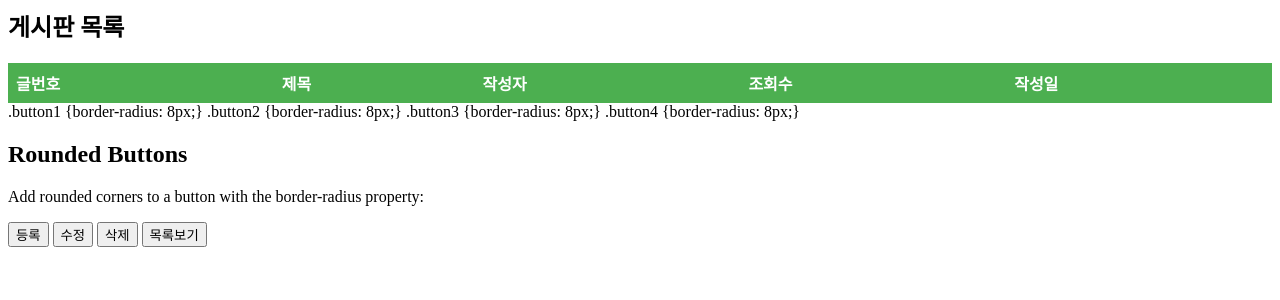
Repository: ekgus419/hckj
Page: http://localhost/Railro/WEB-INF/views/index.jsp
These files come from the project's save history. The page is drawn as it stood at one moment and after the next save; the edit follows.
The browser window is 1280 px wide. The pictures show the whole page.
The page is served by Tomcat 9. Nobody is signed in. Other server files are loaded and not shown. The template is opened directly, without the code that normally fills it, so the values that code supplies are empty.

Above is the page before, as saved 2016-08-18 06:54:28.

### Railro/src/main/webapp/WEB-INF/views/index.jsp
<%@ page language="java" pageEncoding="UTF-8" trimDirectiveWhitespaces="true"%>
<%@ taglib prefix="c" uri="http://java.sun.com/jsp/jstl/core" %>
<%@ taglib prefix="fn" uri="http://java.sun.com/jsp/jstl/functions" %>

<div id="content">
<h2>게시판 목록</h2>
<!DOCTYPE html>
<html>
<head>
<style>
table {
    border-collapse: collapse;
    width: 100%;
}

th, td {
    text-align: left;
    padding: 8px;
}

tr:nth-child(even){background-color: #f2f2f2}

th {
    background-color: #4CAF50;
    color: white;
}
</style>
<body>
<table>
  <tr>
    <th>글번호</th>
    <th>제목</th>
    <th>작성자</th>
    <th>조회수</th>
    <th>작성일</th>
  </tr>

</table>

.button1 {border-radius: 8px;}
.button2 {border-radius: 8px;}
.button3 {border-radius: 8px;}
.button4 {border-radius: 8px;}
</style>
</head>
<body>

<h2>Rounded Buttons</h2>
<p>Add rounded corners to a button with the border-radius property:</p>

<button class="button button1">등록</button>
<button class="button button2">수정</button>
<button class="button button3">삭제</button>
<button class="button button4">목록보기</button>


</body>

</html>

After the next save:
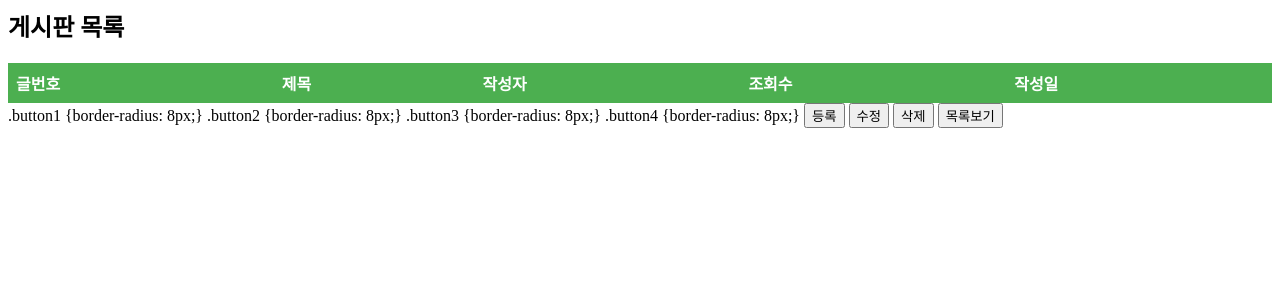
Saved 21 s later.
--- a/Railro/src/main/webapp/WEB-INF/views/index.jsp
+++ b/Railro/src/main/webapp/WEB-INF/views/index.jsp
@@ -45,9 +45,6 @@ th {
 </head>
 <body>
 
-<h2>Rounded Buttons</h2>
-<p>Add rounded corners to a button with the border-radius property:</p>
-
 <button class="button button1">등록</button>
 <button class="button button2">수정</button>
 <button class="button button3">삭제</button>
